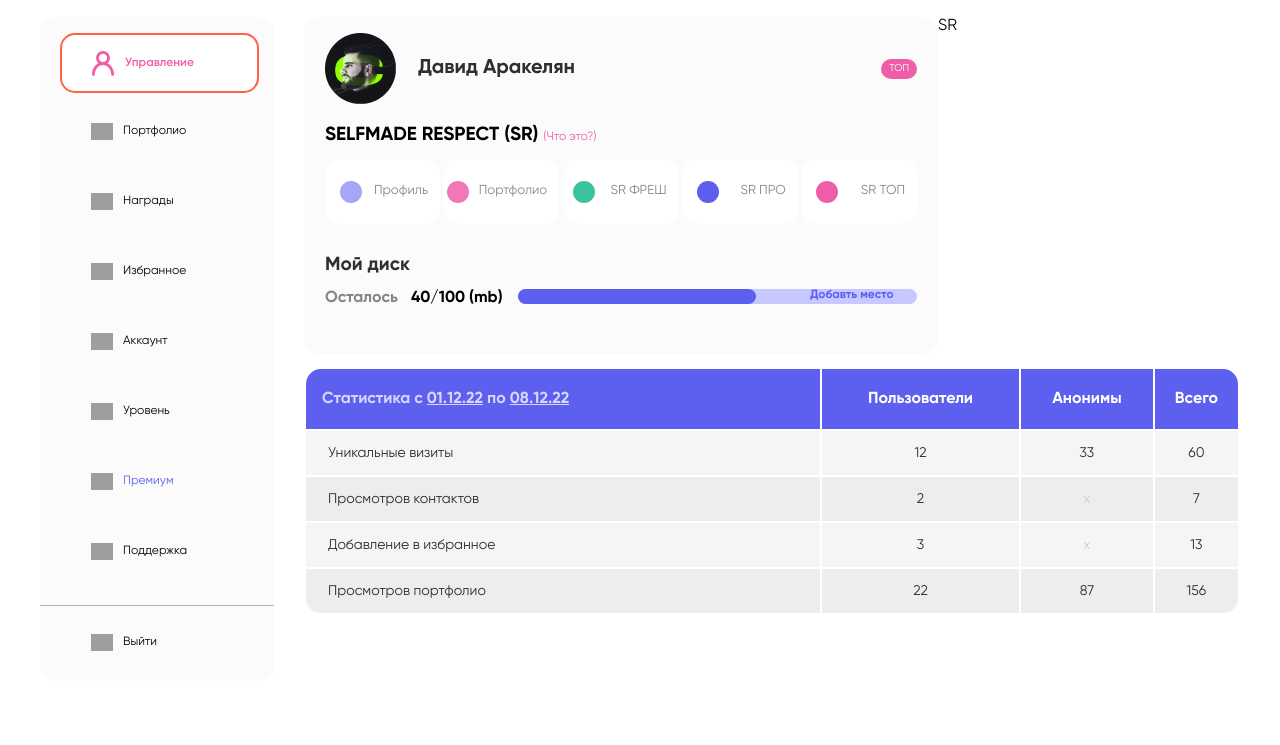
Repository: alexboagreek/selfmade
Page: index.html
These files come from the project's save history. The page is drawn as it stood at one moment and after the next save; the edit follows.
The browser window is 1280 px wide. The pictures show the part of the page from y = 353 to 1098 px (the page is 1703 px tall before and 1607 px after).
Pictures or frames that could not be fetched are drawn as grey boxes. A picture or video elsewhere on the page could not be fetched, so the positions and the page height are approximate.

Above is the page before, as saved 2022-12-13 16:52:54.

### index.html
<!DOCTYPE html>
<html lang="ru">
<head>
    <meta charset="UTF-8">
    <meta http-equiv="X-UA-Compatible" content="IE=edge">
    <meta name="viewport" content="width=device-width, initial-scale=1.0">
    <link rel="stylesheet" href="css/style.css">
    <link rel="icon" type="image/png" sizes="64x64" href="assets/icons/favicon.png">
    <link rel="icon" type="image/png" sizes="48x48" href="assets/icons/favicon_48.png">
    <title>Selfmade</title>
</head>
<body>
    <header class="header">
        <div class="header__container">
            <h1 class="visually-hidden">Selfmade...</h1>
            <div class="header__box">
                <div class="header__logo">
                    <a href="/"><img src="./assets/icons/header_logo.svg" alt="Логотип Selfmade"></a>
                </div>
                <div class="header__login">
                    <div class="header__alarm">
                        <img class="header__alarm_icon" src="assets/icons/bell.svg" alt="authorization bell">
                    </div>
                    <p class="user__name">Аракелян Д.</p>
                    <div class="user__login">
                        <img src="assets/icons/user_icon.svg" alt="user icon">
                    </div>
                </div>
            </div>
        </div>
    </header>

    <main class="main main__container">
        <div class="sidebar">
            <ul class="menu__list">
                <li class="menu__list_item menu__list_item_fix">
                    <button class="menu__list_button menu__button_control control__text button__margin">Управление</button>
                </li>
                <li class="menu__list_item list_item_fix">
                    <button class="menu__list_button menu__button_portfolio">Портфолио</button>
                </li>
                <li class="menu__list_item list_item_fix">
                    <button class="menu__list_button menu__button_star">Награды</button>
                </li>
                <li class="menu__list_item list_item_fix">
                    <button class="menu__list_button menu__button_like">Избранное</button>
                </li>
                <li class="menu__list_item list_item_fix">
                    <button class="menu__list_button menu__button_settings">Аккаунт</button>
                </li>
                <li class="menu__list_item list_item_fix">
                    <button class="menu__list_button menu__button_level">Уровень</button>
                </li>
                <li class="menu__list_item list_item_fix">
                    <button class="menu__list_button menu__button_premium menu__button_active">Премиум</button>
                </li>
                <li class="menu__list_item item__border list_item_fix">
                    <button class="menu__list_button menu__button_helper">Поддержка</button>
                </li>
                <li class="menu__list_item list_item_fix menu__line">
                    <button class="menu__list_button menu__button_exit">Выйти</button>
                </li>
            </ul>
        </div>
        <div class="content">
            <section class="interface">
                <div class="interface__box">
                    <div class="interface__box_header interface__line">
                        <div class="user__info">
                            <img src="assets/img/interface.png" alt="Логотип интерфейса юзера | user interface logo" class="interface__img">
                            <p class="interface__text">Давид Аракелян</p>
                        </div>
                        <div class="interface__rating">Топ</div>
                    </div>
                    <div class="selfmade__respect">
                        <h2 class="selfmade__respect_title">SELFMADE RESPECT (SR) <span class="selfmade__span">(Что это?)</span></h2>
                        <ul class="selfmade__list">
                            <li class="selfmade__list_item"><span class="selfmade__profile"></span><span class="list__text">Профиль</span></li>
                            <li class="selfmade__list_item"><span class="selfmade__portfolio"></span>Портфолио</li>
                            <li class="selfmade__list_item"><span class="selfmade__fresh"></span>SR ФРЕШ</li>
                            <li class="selfmade__list_item"><span class="selfmade__pro"></span>SR ПРО</li>
                            <li class="selfmade__list_item"><span class="selfmade__top"></span>SR ТОП</li>
                        </ul>
                    </div>
                    <div class="selfmade__disk">
                        <h3 class="selfmade__disk_title">Мой диск</h3>
                        <div class="selfmade__disk_progress">
                            <p class="selfmade__disk_text">Осталось</p>
                            <p class="selfmade__disk_value">40/100 (mb)</p>
                            <div class="progress__bar">
                                <div class="progress__cover_bar"><span class="progress__bar_text">Добавть место</span></div>
                            </div>
                        </div>
                    </div>
                </div>
                <div class="interface__respect">SR</div>
            </section>
            <section class="table">
                <table class="table__body">
                    <thead>
                      <tr>
                        <th class="table__head">Статистика с <span class="table__date">01.12.22</span> по <span class="table__date">08.12.22</span></th>
                        <th class="table__text">Пользователи</th>
                        <th class="table__text">Анонимы</th>
                        <th class="table__text table__left">Всего</th>
                      </tr>
                    </thead>
                    <tbody>
                      <tr class="table__first">
                        <td class="table__first_row">Уникальные визиты</td>
                        <td class="first__row_text">12</td>
                        <td class="first__row_text">33</td>
                        <td class="first__row_text">60</td>
                      </tr>
                      <tr class="table__second">
                        <td class="table__second_row">Просмотров контактов</td>
                        <td class="first__row_text">2</td>
                        <td class="first__row_text text__module">x</td>
                        <td class="first__row_text">7</td>
                      </tr>
                      <tr class="table__first">
                        <td class="table__first_row">Добавление в избранное</td>
                        <td class="first__row_text">3</td>
                        <td class="first__row_text text__module">x</td>
                        <td class="first__row_text">13</td>
                      </tr>
                      <tr  class="table__second">
                        <td class="table__second_row row__radius_left">Просмотров портфолио</td>
                        <td class="first__row_text">22</td>
                        <td class="first__row_text">87</td>
                        <td class="first__row_text row__radius">156</td>
                      </tr>
                    </tbody>
                  </table>
            </section>
        </div>
    </main>

  <footer class="footer">
    <div class="footer__container">
        <div class="footer__box">
            <img src="./assets/icons/footer_logo.svg" alt="Логотип Selfmade">
            <div class="footer__social">
                <ul class="footer__social_list">
                    <li class="footer__social_list_item">
                        <svg width="15" height="14" viewbox="0 0 15 14" fill="none" xmlns="http://www.w3.org/2000/svg">
                            <path d="M0.911243 6.87875L4.18677 8.10128L5.45459 12.1786C5.53572 12.4397 5.85504 12.5363 6.067 12.363L7.89283 10.8745C8.08421 10.7186 8.35682 10.7108 8.55683 10.856L11.85 13.2469C12.0767 13.4117 12.3979 13.2875 12.4548 13.0135L14.8672 1.40935C14.9293 1.11007 14.6352 0.860402 14.3502 0.970619L0.907405 6.15646C0.575664 6.2844 0.578554 6.75408 0.911243 6.87875ZM5.25027 7.4505L11.6519 3.50775C11.7669 3.43709 11.8853 3.59266 11.7865 3.6843L6.50332 8.59526C6.31761 8.76813 6.19783 8.99946 6.1639 9.25055L5.98393 10.5842C5.9601 10.7623 5.70995 10.78 5.66081 10.6077L4.96866 8.17563C4.88939 7.89823 5.00491 7.60194 5.25027 7.4505Z" fill="#5D5FEF"/>
                        </svg>
                    </li>
                    <li class="footer__social_list_item">
                        <svg width="15" height="15" viewbox="0 0 15 15" fill="none" xmlns="http://www.w3.org/2000/svg">
                            <path fill-rule="evenodd" clip-rule="evenodd" d="M4.90509 0.6828C2.54568 0.6828 0.632996 2.59548 0.632996 4.9549V10.295C0.632996 12.6544 2.54568 14.5671 4.90509 14.5671H10.2452C12.6046 14.5671 14.5173 12.6544 14.5173 10.295V4.9549C14.5173 2.59548 12.6046 0.6828 10.2452 0.6828H4.90509ZM7.57515 3.88687C5.51067 3.88687 3.83707 5.56047 3.83707 7.62496C3.83707 9.68944 5.51067 11.363 7.57515 11.363C9.63964 11.363 11.3132 9.68944 11.3132 7.62496C11.3132 5.56047 9.63964 3.88687 7.57515 3.88687ZM11.5421 4.64975C12.0898 4.64975 12.5338 4.20573 12.5338 3.65801C12.5338 3.11029 12.0898 2.66627 11.5421 2.66627C10.9944 2.66627 10.5504 3.11029 10.5504 3.65801C10.5504 4.20573 10.9944 4.64975 11.5421 4.64975Z" fill="#5D5FEF"/>
                        </svg>
                    </li>
                    <li class="footer__social_list_item">
                        <svg width="16" height="9" viewbox="0 0 16 9" fill="none" xmlns="http://www.w3.org/2000/svg">
                            <path d="M12.9479 4.91454C12.7006 4.61918 12.7714 4.48778 12.9479 4.22376C12.9511 4.22075 14.9925 1.55289 15.2028 0.648132L15.2041 0.647529C15.3086 0.317814 15.2041 0.0755005 14.6987 0.0755005H13.0263C12.6006 0.0755005 12.4043 0.283456 12.2991 0.516125C12.2991 0.516125 11.4477 2.44378 10.2431 3.69332C9.85434 4.05438 9.67462 4.17012 9.46239 4.17012C9.35787 4.17012 9.19535 4.05438 9.19535 3.72467V0.647529C9.19535 0.252112 9.07617 0.0755005 8.72373 0.0755005H6.09412C5.82709 0.0755005 5.66839 0.259948 5.66839 0.431737C5.66839 0.80666 6.27066 0.892856 6.33312 1.9477V4.23642C6.33312 4.73792 6.23689 4.83015 6.02338 4.83015C5.45489 4.83015 4.07508 2.89465 3.25739 0.679476C3.09232 0.249701 2.93108 0.0761032 2.50216 0.0761032H0.829178C0.351821 0.0761032 0.255585 0.284059 0.255585 0.516728C0.255585 0.927817 0.824079 2.97181 2.89921 5.67222C4.28221 7.51549 6.22988 8.51428 8.00164 8.51428C9.06661 8.51428 9.19663 8.29246 9.19663 7.91091C9.19663 6.14961 9.10039 5.98325 9.63383 5.98325C9.88111 5.98325 10.3068 6.09898 11.3011 6.98806C12.4374 8.04231 12.6242 8.51428 13.2602 8.51428H14.9326C15.4093 8.51428 15.6508 8.29246 15.5119 7.85485C15.1939 6.93442 13.0448 5.04112 12.9479 4.91454V4.91454Z" fill="#5D5FEF"/>
                        </svg>
                    </li>
                    <li class="footer__social_list_item">
                        <svg width="7" height="14" viewbox="0 0 7 14" fill="none" xmlns="http://www.w3.org/2000/svg">
                            <path d="M5.1126 2.93661H6.8285V0.446777H4.81141V0.455757C2.36736 0.540786 1.86645 1.89031 1.8223 3.30771H1.81727V4.55101H0.153015V6.9893H1.81727V13.5253H4.3254V6.9893H6.37996L6.77685 4.55101H4.32622V3.79984C4.32622 3.32082 4.65072 2.93661 5.1126 2.93661Z" fill="#5D5FEF"/>
                        </svg>
                    </li>
                </ul>
            </div>
        </div>
        <div class="footer__services">
            <ul class="services__list">
                <li class="services__list_item">Как работает сервис?</li>
                <li class="services__list_item">Советы от SELFMADE</li>
                <li class="services__list_item">Пользовательское соглашение</li>
                <li class="services__list_item">Почему SELFMADE</li>
                <li class="services__list_item">Помощь и поддержка</li>
            </ul>
        </div>
    </div>
    <div class="footer__copyright">
        <ul class="footer__copyright_list">
            <li class="footer__copyright_list_item footer__copy_text">© SELFMADE.TEAM 2022</li>
            <li class="footer__copyright_list_item footer__copy_text-info">ИНН 431207720494 / ОГРНИП 320508100324371</li>
            <li class="footer__copyright_list_item">
                <a class="footer__copyright_link" href="#">Политика конфиденциальности</a>
            </li>
        </ul>
    </div>

  </footer>
</body>
</html>

### css/style.css
@import 'normalize.css';
@import 'fonts.css';
@import 'default.css';
@import 'header.css';
@import 'sidebar.css';
@import 'interface.css';
@import 'table.css';
@import 'footer.css';

### css/fonts.css
@font-face {
    font-family: Gilroy;
    src: url(../assets/fonts/Gilroy-Regular.woff2) format('woff2'),
    url(../assets/fonts/Gilroy-Regular.woff) format('woff');
    font-weight: 400;
}

@font-face {
    font-family: Gilroy;
    src: url(../assets/fonts/Gilroy-Semibold.woff2) format('woff2'),
    url(../assets/fonts/Gilroy-Semibold.woff) format('woff');
    font-weight: 500;
}

@font-face {
    font-family: Gilroy;
    src: url(../assets/fonts/Gilroy-Bold.woff2) format('woff2'),
    url(../assets/fonts/Gilroy-Bold.woff) format('woff');
    font-weight: 600;
}

### css/default.css
:root {
    --color-control-text:#EF5DA8;
    --color-menu: #F0F0F0;
    --color-menu-active: #5D5FEF;
    --color-alarm: #EF5DA8;
    --color-main: #FBFBFB;
    --footer-color-main: #5D5FEF;
    --footer-color-copyright: #5556D3;
    --footer-social-color: #FFFFFF;
    --footer-copyright-link: #B6B6B6;

}

html {
  overflow-x: hidden;
  position: relative;
  box-sizing: border-box;
}

*,
*::before,
*::after {
  box-sizing: inherit;
}

body {
  display: flex;
  flex-direction: column;
  min-width: 320px;
  height: 100%;
  font-family: Gilroy, sans-serif;
  background-color: #FFFFFF;
  font-size: 16px;
  overflow-x: hidden;
  position: relative;
}

img,
svg {
  max-width: 100%;
  max-height: 100%;
  height: auto;
}

button {
  padding: 0;
  cursor: pointer;
  border: none;
  background-color: transparent;
}

a {
  text-decoration: none;
  color: inherit;
}

ul {
  list-style: none;
  padding: 0;
  margin: 0;
}

h1,
h2,
h3,
p,
figure,
fieldset {
  margin: 0;
}

iframe {
  border: none;
}

fieldset {
  padding: 0;
  border: 0;
}

.visually-hidden {
  position: fixed;
  transform: scale(0);
}

.container {
    max-width: 1400px;
    padding: 0 100px;
    margin: 0 auto;
}

### css/header.css
.header {
    padding-top: 28px;
    padding-bottom: 37px;
    flex: 0 0 auto;
    background-color: #FFFFFF;
}

.header__box {
    display: flex;
    justify-content: space-between;
    align-items: center;
}

.header__container {
    max-width: 1500px;
    margin: 0 auto;
    padding: 0 100px;
}

.header__alarm {
    position: relative;
    margin-right: 11px;
}

.header__alarm::after {
    position: absolute;
    top: 0;
    content: '';
    width: 5px;
    height: 5px;
    background-color: var(--color-alarm);
    border-radius: 50%;
}
.user__name {
    margin-right: 6px;
}

.header__login {
    display: flex;
    align-items: center;
}

.user__login {
    cursor: pointer;
}

.services__list_item {
    cursor: pointer;
}

### css/sidebar.css
.main {
    display: flex;
}

.main__container {
    max-width: 1200px;
    margin: 0 auto;
}

.sidebar {
    display: flex;
    justify-content: center;
    width: 234px;
    min-height: 534px;
    border-radius: 15px;
    background-color: var(--color-main);
    margin-bottom: 130px;
    margin-right: 30px;
}

.menu__list_button {
    font-size: 12px;
    line-height: 16px;
    padding: 7px 8px 7px 40px;
    background-size: 22px;
    background-position: 8px center;
    background-repeat: no-repeat;
    border-radius: 50px;
    border: 1px solid transparent;
    white-space: nowrap;
    outline: none;
    margin-bottom: 38px;
}

.menu__list_item_fix {
    display: flex;
    padding-left: 20px;
    align-items: flex-start;
}

.menu__button_active {
    color: var(--color-menu-active);
}

.menu__button_control {
    width: 199px;
    margin-top: 16px;
    border-radius: 15px;
    border: 2px solid tomato;
    padding: 20px;
    background-color: #FFFFFF;
    background-image: url('../assets/icons/user__icon.svg');
    background-position: calc(30px);
}

.control__text {
    font-weight: 500;
    color: var(--color-control-text);
}

.menu__button_portfolio {
    background-image: url('../assets/icons/portfolio_icon.svg');
}
.menu__button_star {
    background-image: url('../assets/icons/star_icon.svg');
}

.menu__button_like {
    background-image: url('../assets/icons/like_icon.svg');
}
.menu__button_settings {
    background-image: url('../assets/icons/settings_icon.svg');
}
.menu__button_level {
    background-image: url('../assets/icons/level_icon.svg');
}
.menu__button_premium {
    background-image: url('../assets/icons/premium_icon.svg');
}

.menu__button_helper {
    background-image: url('../assets/icons/helper_icon.svg');
}

.menu__line {
    width: 234px;
    border-top: 1px solid var(--footer-copyright-link);
}
.menu__button_exit {
    background-image: url('../assets/icons/exit_icon.svg');
    margin-top: 20px;
    margin-bottom: 23px;
}

.list_item_fix {
    padding-left: 42px;
}

.button__margin {
    margin-bottom: 22px;
}

### css/table.css
.table {
    margin-bottom: 79px;
}

.table__body {
    width: 936px;
    height: 236px;
}

.table__head {
    padding: 21px 16px;
    background-color: #5D5FEF;
    text-align: left;
    color: #D6D6FF;
    border-top-left-radius: 15px;
}

.table__text {
    background-color: #5D5FEF;
    color: #FFFFFF;
}

.table__left {
    border-top-right-radius: 15px;
}

.table__date {
    cursor: pointer;
    text-decoration: underline;
}

.table__first {
    background-color:#F5F5F5;
    font-weight: 400;
    color: #2F2F2F;
}

.table__first_row {
    font-size: 14px;
    padding: 14px 22px;
    color: #2F2F2F;
}

.table__second {
    background-color: #EDEDED;
    font-weight: 400;
    color: #2F2F2F;
}

.first__row_text {
    text-align: center;
    font-size: 14px;
    color: #2F2F2F;
}

.table__second_row {
    font-size: 14px;
    padding: 14px 22px;
    color: #2F2F2F;
}

.row__radius {
    border-bottom-right-radius: 15px;
}

.row__radius_left {
    border-bottom-left-radius: 15px;
}

.text__module {
    color: #CDCDCD;
    font-size: 14px;
}

### css/footer.css
.footer {
    flex: 0 0 auto;
}

.footer__container {
    padding: 50px 140px 0px 140px;
    background-color: var(--footer-color-main);
}

.footer__box {
    display: flex;
    justify-content: space-between;
    background-color: var(--footer-color-main);
    margin-bottom: 50px;
}

.footer__social_list_item {
    display: flex;
    align-items: center;
    justify-content: center;
    width: 29px;
    height: 29px;
    background-color: var(--footer-social-color);
    border-radius: 50%;
    margin-right: 19px;
    cursor: pointer;
}

.footer__social_list_item:last-child {
    margin-right: 0;
}

.footer__social_list {
    display: flex;
}

.footer__services {
    padding-bottom: 41px;
}

.services__list {
    display: flex;
    justify-content: space-between;
}
.services__list_item {
    font-size: 16px;
    font-weight: 500;
    color: var(--footer-social-color);
}

.footer__copyright {
    padding: 30px 140px;
    border-top: 1px solid #FFFFFF;
    background-color: var(--footer-color-copyright);
}

.footer__copyright_list {
    display: flex;
    justify-content: space-between;
}

.footer__copy_text {
    font-weight: 500;
    line-height: 16px;
    color: var(--footer-social-color);
}

.footer__copy_text-info {
    font-weight: 400;
    color: var(--footer-social-color);
}
.footer__copyright_link {
    color: var(--footer-copyright-link);
}

Loaded but not shown: css/normalize.css (library); css/interface.css (181 lines, source omitted)

After the next save:
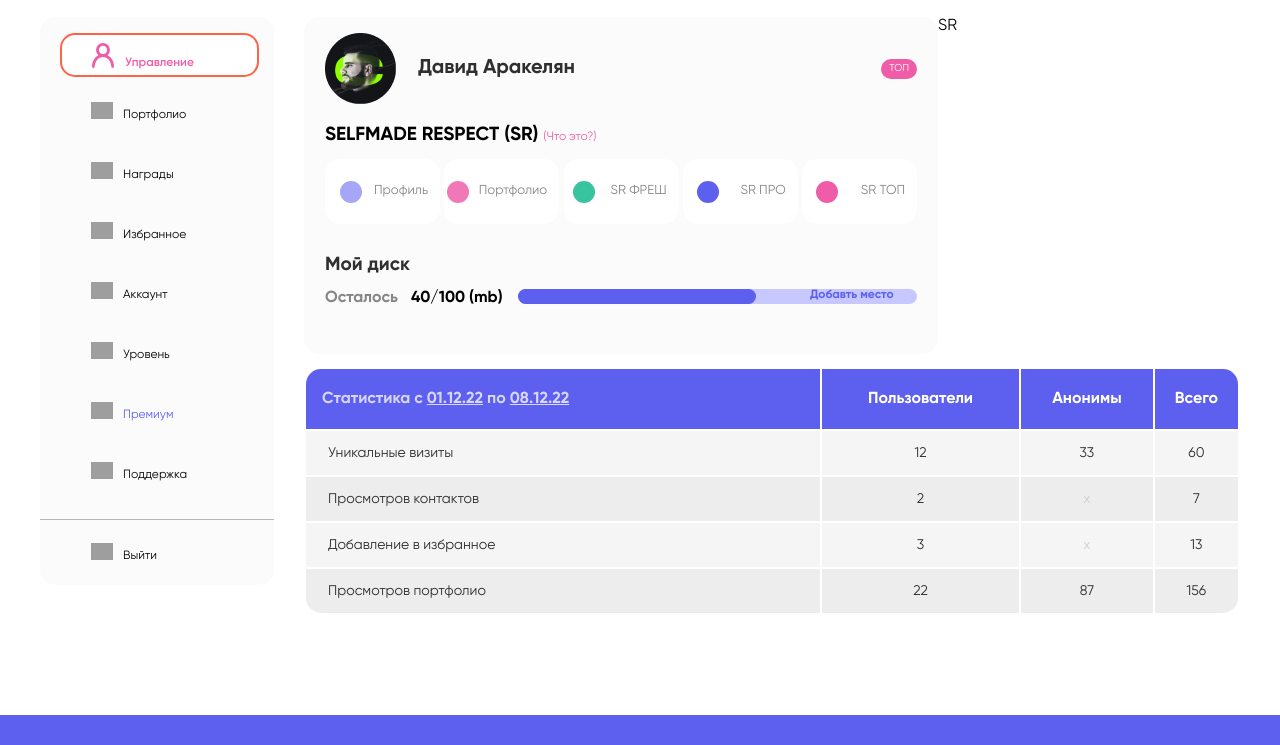
Saved 4 min 15 s later.
--- a/css/sidebar.css
+++ b/css/sidebar.css
@@ -19,6 +19,8 @@
 }
 
 .menu__list_button {
+    width: 22px;
+    height: 22px;
     font-size: 12px;
     line-height: 16px;
     padding: 7px 8px 7px 40px;

After the 3 saves that followed:
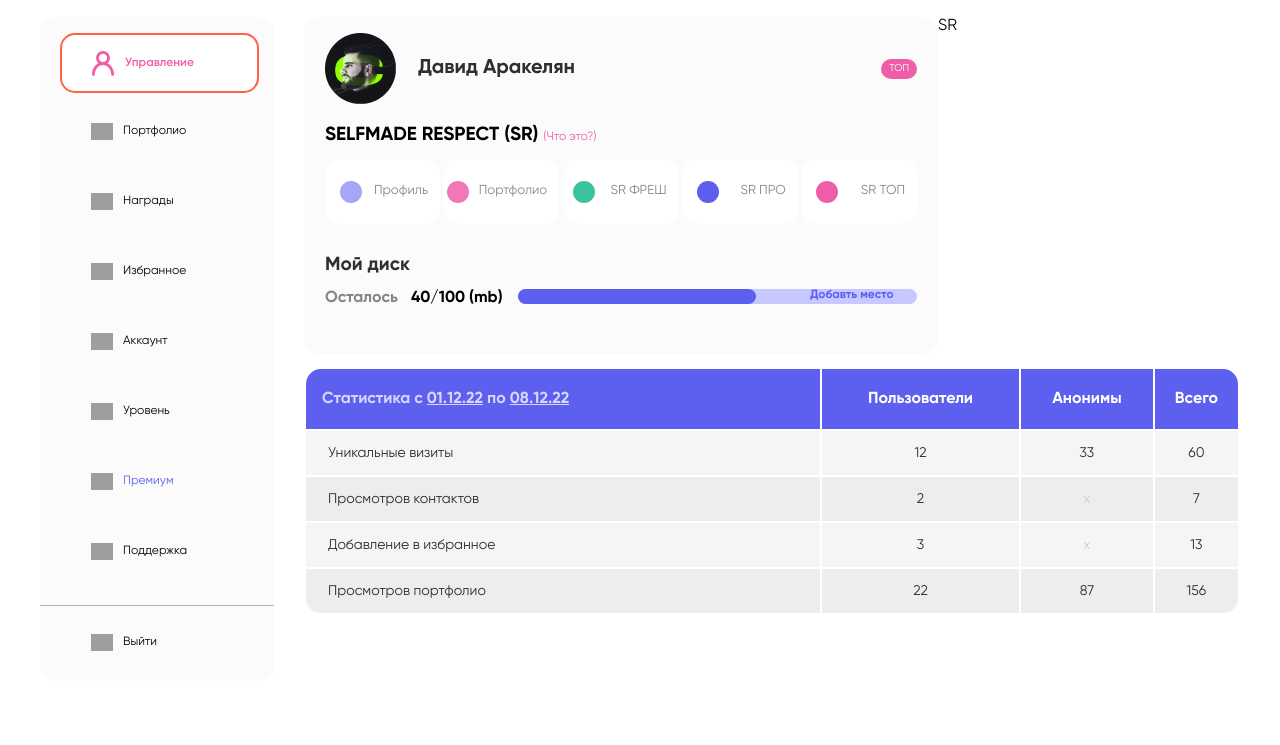
The 3 saves are shown as one change because they came seconds apart.
The last was saved 25 s later.
--- a/css/sidebar.css
+++ b/css/sidebar.css
@@ -19,8 +19,6 @@
 }
 
 .menu__list_button {
-    width: 22px;
-    height: 22px;
     font-size: 12px;
     line-height: 16px;
     padding: 7px 8px 7px 40px;
